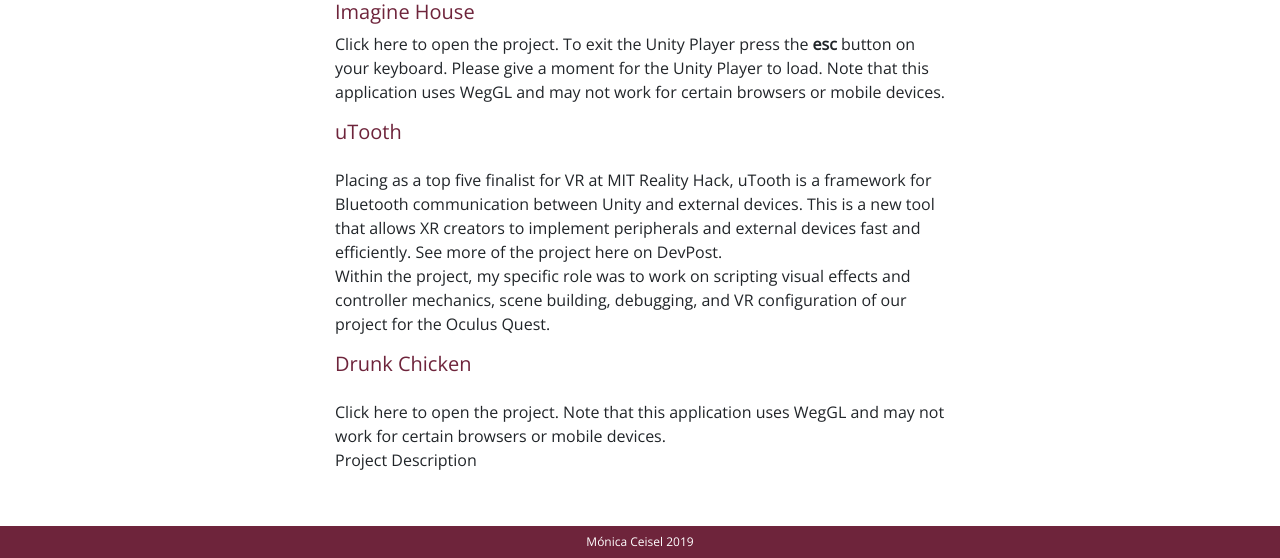
Repository: ceiselm/ceiselm.github.io
Page: subpages/virtualreality.html
The author's editor kept a copy of each file at every save. The page is drawn from the files as they stood at one save, then again after the next save.
The browser window is 1280 px wide. The pictures show the part of the page from y = 793 to 1351 px (the page is 1351 px tall before and 1215 px after).

Above is the page before, as saved 2020-10-13 15:22:58.
Console error: TypeError: $(...).slick is not a function

After the next save:
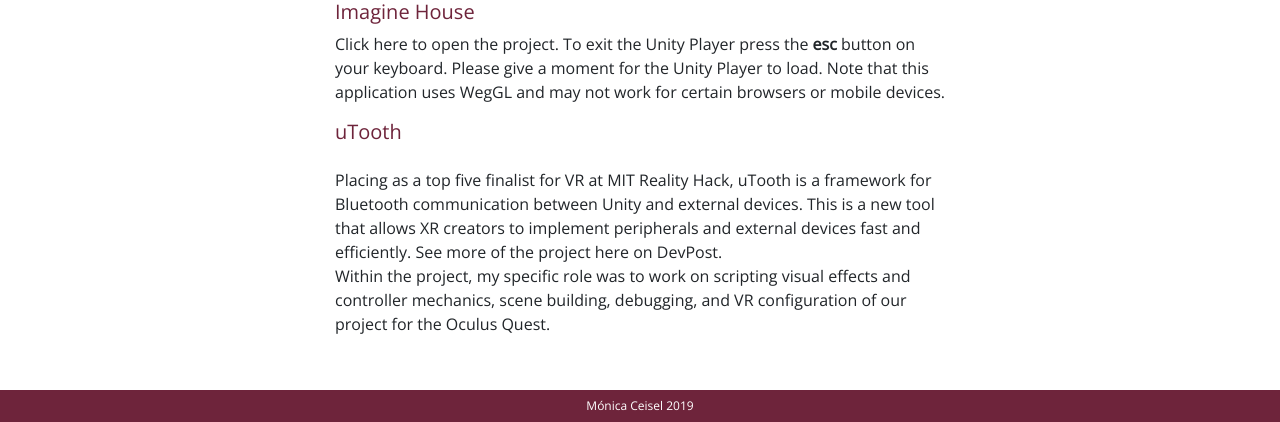
Saved 4 min 53 s later.
--- a/subpages/virtualreality.html
+++ b/subpages/virtualreality.html
@@ -199,25 +199,6 @@
                                             </div>
                                         </div>
                                     </div>
-                                    <div class="targetDiv" id="div4">
-                                        <h5 align="left">Drunk Chicken</h5>
-                                        <div class="row justify-content-center">
-                                            <div class="col">
-                                                <p align="left">
-                                                <div class="words">
-                                                    Click <a class="clickme" target="_blank"
-                                                             href="https://ceiselm.itch.io/drunk-chicken">here</a>
-                                                    to open the project. Note that this application uses WegGL and may not work for
-                                                    certain browsers or mobile devices.
-                                                </div>
-                                                <div class="words">
-                                                    <a class="clickme" target="_blank"
-                                                             href="https://ceiselm.itch.io/drunk-chicken/devlog/167890/the-path-to-releasing-my-first-game-drunk-chicken">Project Description</a>
-                                                </div>
-                                                </p>
-                                            </div>
-                                        </div>
-                                    </div>
                                 </div>
                                 <!-- Subsections Coding END -->
                             </div>
